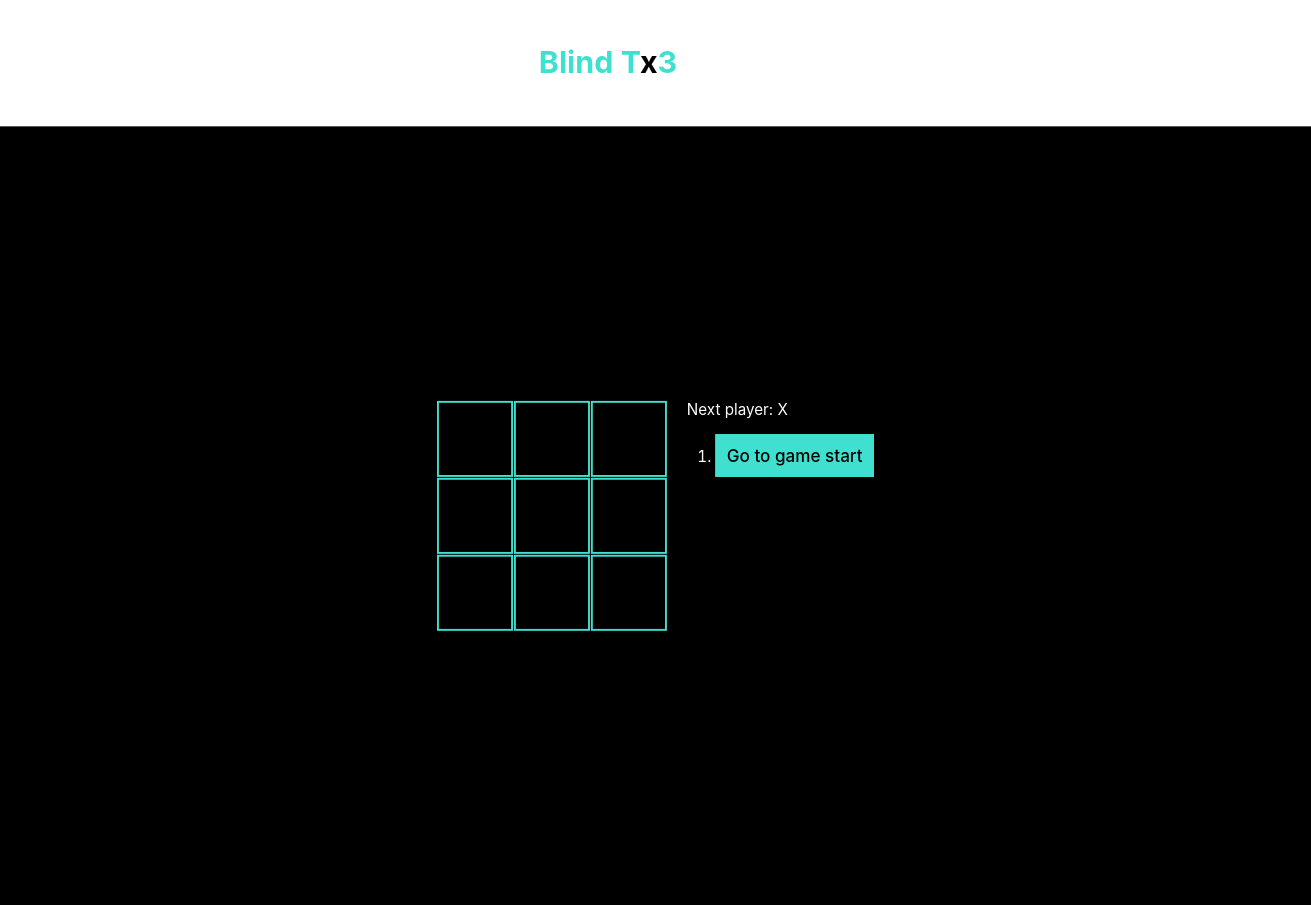
Repository: latenightsnacc/Practice-Games
Page: / (app in Tic-Tac-Toe/tic-tac-toe/)
These files come from the project's save history. The page is drawn as it stood at one moment and after the next save; the edit follows.
The browser window is 1280 px wide. The page is 1380 px wide, so the pictures cover 1380 px, including what lies to the right of the window. The pictures show the whole page, at 95% of full size.
The project was rebuilt for these pictures with package versions that can differ from the ones it lists, and the page was loaded fresh each time.

Above is the page before, as saved 2020-06-09 17:24:09.

After the next save:
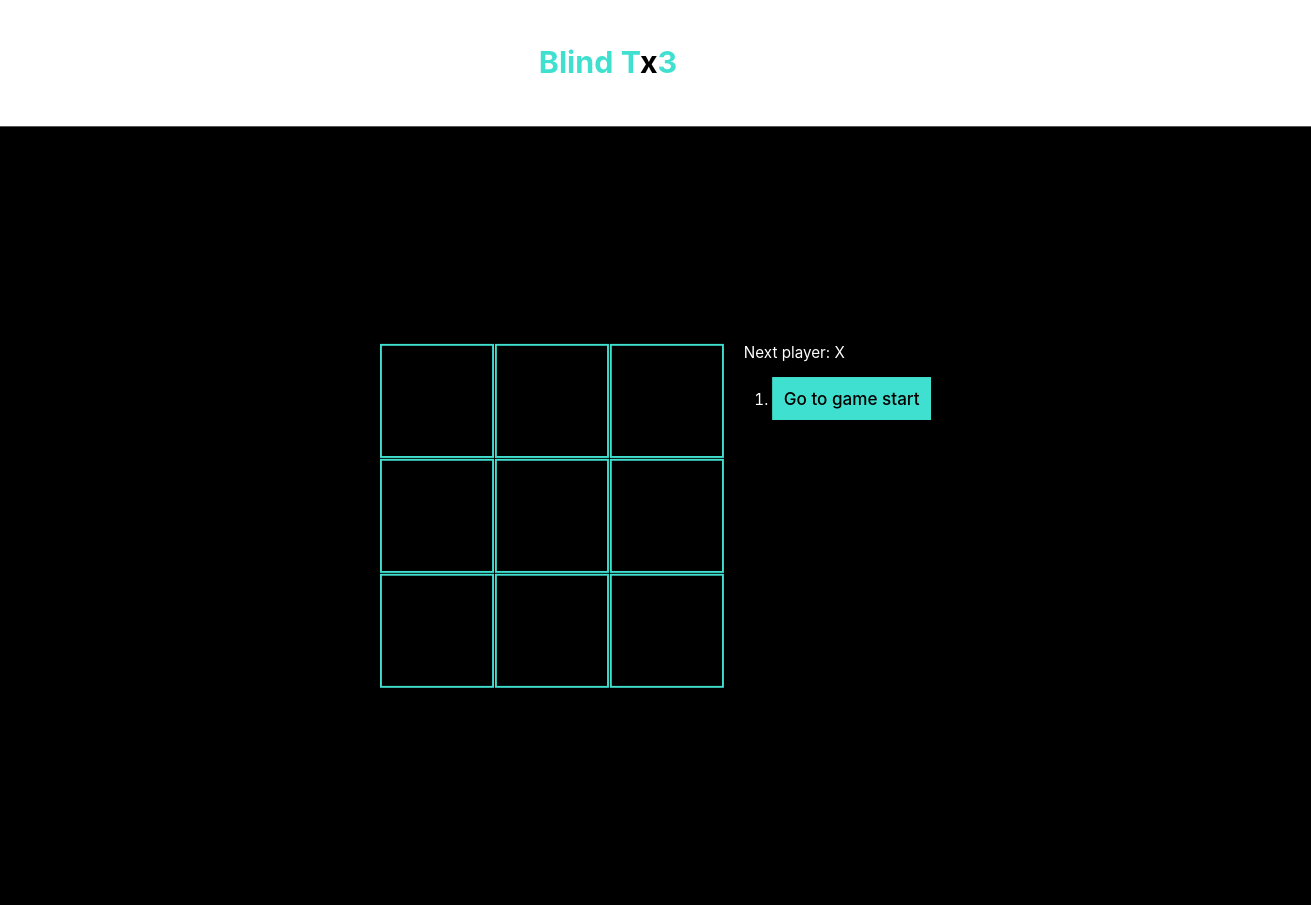
Saved 35 s later.
--- a/Tic-Tac-Toe/tic-tac-toe/src/Components/Square/Square.css
+++ b/Tic-Tac-Toe/tic-tac-toe/src/Components/Square/Square.css
@@ -4,13 +4,13 @@
     float: left;
     font-size: 30px;
     font-weight: bold;
-    line-height: 50px;
-    height: 80px;
+    line-height: 120px;
+    height: 120px;
     margin-right: 1px;
     margin-top: 1px;
     padding: 0;
     text-align: center;
-    width: 80px;
+    width: 120px;
     color: white;
 }
 
